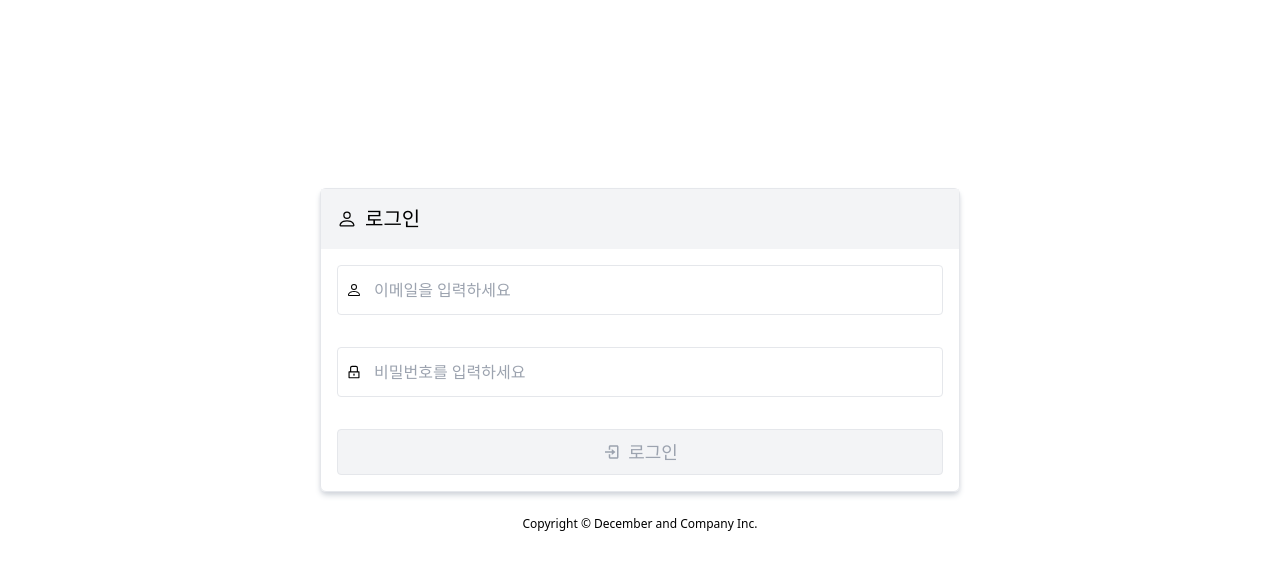
Repository: wanted-pre-onboarding-4/pre-onboarding-assignment-week-4-1-team-4
Page: /login (app in client/)
These files come from the project's save history. The page is drawn as it stood at one moment and after the next save; the edit follows.
The browser window is 1280 px wide. The pictures show the whole page.
The project was rebuilt for these pictures with package versions that can differ from the ones it lists, and the page was loaded fresh each time. Also part of the build but not shown: client/src/components/Footer.jsx, client/src/components/Header.jsx, client/src/components/Sider.jsx, client/src/components/Layout.jsx.

Above is the page before, as saved 2022-09-20 21:28:27.

After the next save:
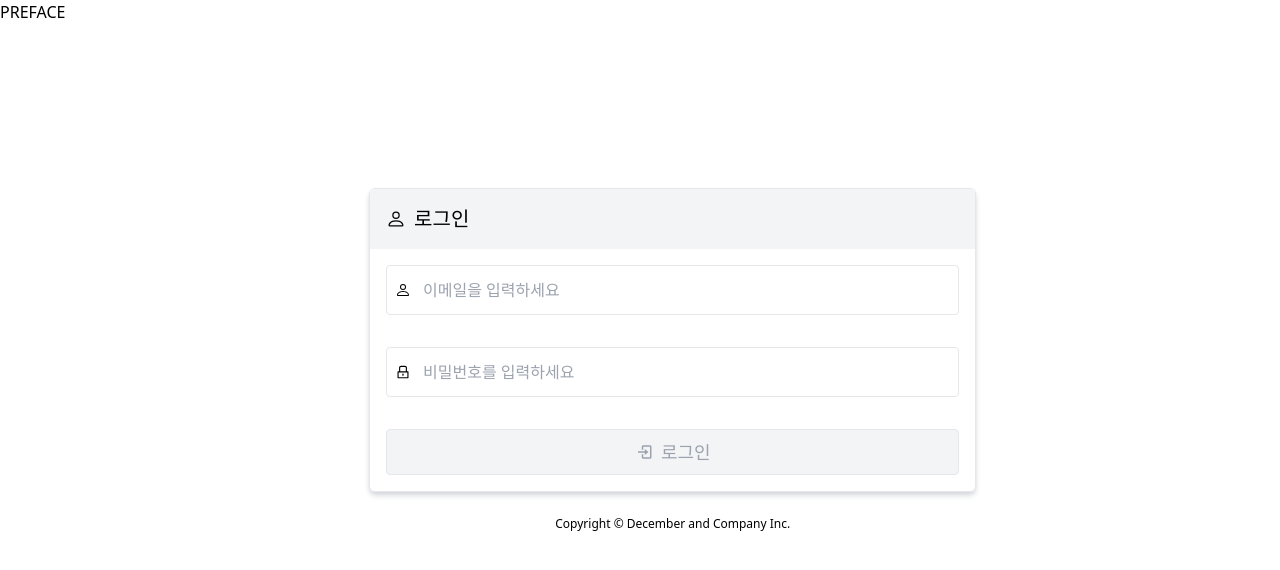
Saved 90 s later.
--- a/client/src/pages/login/Login.jsx
+++ b/client/src/pages/login/Login.jsx
@@ -5,11 +5,13 @@ import { BiLogIn } from 'react-icons/bi';
 
 const Login = () => {
   return (
+    <>
+    <h1>PREFACE</h1>
     <div className='flex flex-col justify-center items-center w-full gap-y-6'>
       <div className='border-solid border-[1px] rounded-md shadow-md shadow-gray-300 w-1/2'>
         <div className="flex items-center justify-start space-x-2 p-4 font-medium text-xl bg-gray-100">
           <BsPerson />
-          <h1>로그인</h1>
+          <h2>로그인</h2>
         </div>
         <form className='flex flex-col gap-y-8 p-4'>
           <label className="flex items-center space-x-2 border-solid border-[1px] p-2 rounded">
@@ -31,6 +33,7 @@ const Login = () => {
       </div>
         <p className='text-xs'>Copyright © December and Company Inc.</p>
     </div>
+    </>
   );
 };
 
